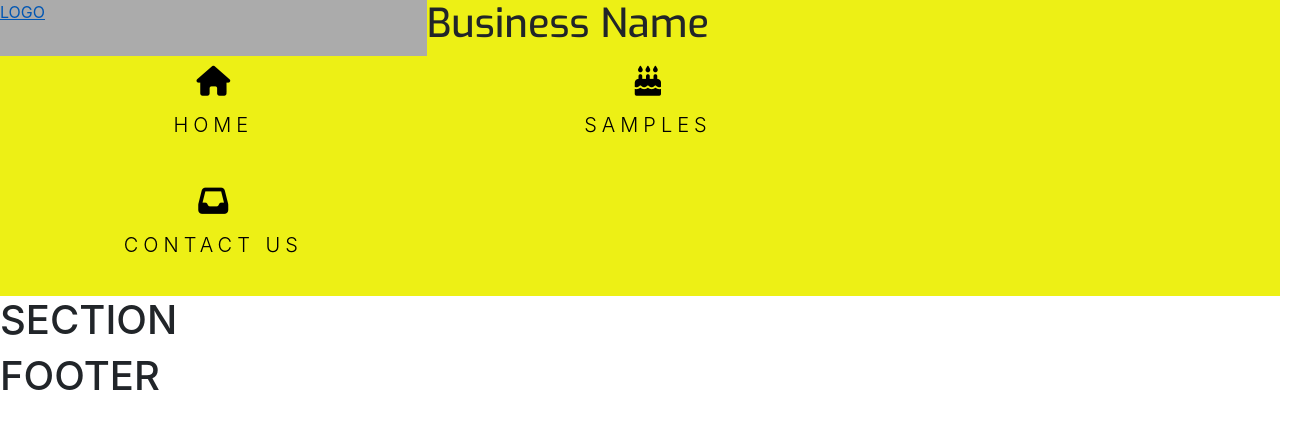
Repository: seanjcarley/Milestone1
Page: index.html
The author's editor kept a record of every edit. The page is drawn from the files as they stood at one moment, then again after the next edit.
The browser window is 1280 px wide. The page is 1295 px wide, so the pictures cover 1295 px, including what lies to the right of the window. The pictures show the whole page.
Some web libraries are served in a nearby version.

Above is the page before.

### index.html
<!DOCTYPE html>
<html lang="en">

<head>
    <meta charset="UTF-8">
    <meta name="viewport" content="width=device-width, initial-scale=1.0">
    <meta http-equiv="X-UA-Compatible" content="ie=edge">
    <link rel="stylesheet" href="css/style.css" type="text/css" />
    <link rel="stylesheet" href="https://stackpath.bootstrapcdn.com/bootstrap/4.3.1/css/bootstrap.min.css">
    <script src="https://kit.fontawesome.com/d5901c0a36.js" crossorigin="anonymous"></script>
    <title>XXXXX Bakery and Novelty Cakes</title>
</head>

<body>
    <header>
        <div class="row no-gutters">
            <a href="#" class="col-md-4 logo">LOGO</a>
            <div class="col-md-8">
                <h1 class="name">Business Name</h1>
            </div>
        </div>
        <div class="row no-gutters">
            <div class="col">
                <ul id="nav" class="list-inline menucontainer">
                    <li class="col-sm-4 menu-item-color-home list-inline-item menuitem">
                        <a href="index.html">
                            <i class="fa fa-home" aria-hidden="true"></i>
                            <span>Home</span>
                        </a>
                    </li>
                    <li class="col-sm-4 menu-item-color-samples list-inline-item menuitem">
                        <a href="#">
                            <i class="fa fa-birthday-cake" aria-hidden="true"></i>
                            <span>Samples</span>
                        </a>
                    </li>
                    <li class="col-sm-4 menu-item-color-contact list-inline-item menuitem">
                        <a href="#">
                            <i class="fa fa-inbox" aria-hidden="true"></i>
                            <span>Contact Us</span>
                        </a>
                    </li>
                </ul>
            </div>
        </div>
    </header>
    <section>
        <div class="row">
            <div class="col"><h1>SECTION</h1></div>
        </div>
    </section>
    <footer>
        <div class="row">
            <div class="col"><h1>FOOTER</h1></div>

        </div>
    </footer>
</body>

</html>

### css/style.css
@import url('https://fonts.googleapis.com/css?family=Roboto:100,200,300,400,500,600,700|Exo:100,200,300,400,500,600,700');

/*----------------------------------------------------------------------------*/
/* Colours */
/*----------------------------------------------------------------------------*/



/*----------------------------------------------------------------------------*/
/* Header */
/*----------------------------------------------------------------------------*/

header {
    margin: 0;
    background-color: #edf015;
}

/*.list-inline-item:not(:last-child) {
    margin: 0;
}*/

.logo {
    background-color: #ababab;
}

.menucontainer {
    font-size: 0;
}

.menuitem {
    height: 120px;
    text-align: center;
    padding: 0;
}

.menuitem a {
    width:100%;
    text-decoration: none;
    color: #000;
    height: 120px;
}

.menuitem a i {
    padding-top: 10px;
    display: inline-block;
    color: #000;
    font-size: 30px
}

.menuitem span {
    display: inline-block;
    width: 100%;
    padding-top: 10px;
    text-align: center;
    text-transform: uppercase;
    font-size: 25;
    font-weight: 300;
    letter-spacing: 5px;
}

.name {
    font-family: "Exo", sans-serif;
}

#nav {
    margin: 0;
}

#nav li {
    font-size: 20px;
    padding: 0;
}

/*----------------------------------------------------------------------------*/
/* Section */
/*----------------------------------------------------------------------------*/

section {
    margin: 0;
}

/*----------------------------------------------------------------------------*/
/* Footer */
/*----------------------------------------------------------------------------*/

footer {
    margin: 0;

}

/*----------------------------------------------------------------------------*/
/* Media Queries */
/*----------------------------------------------------------------------------*/

After the next edit:
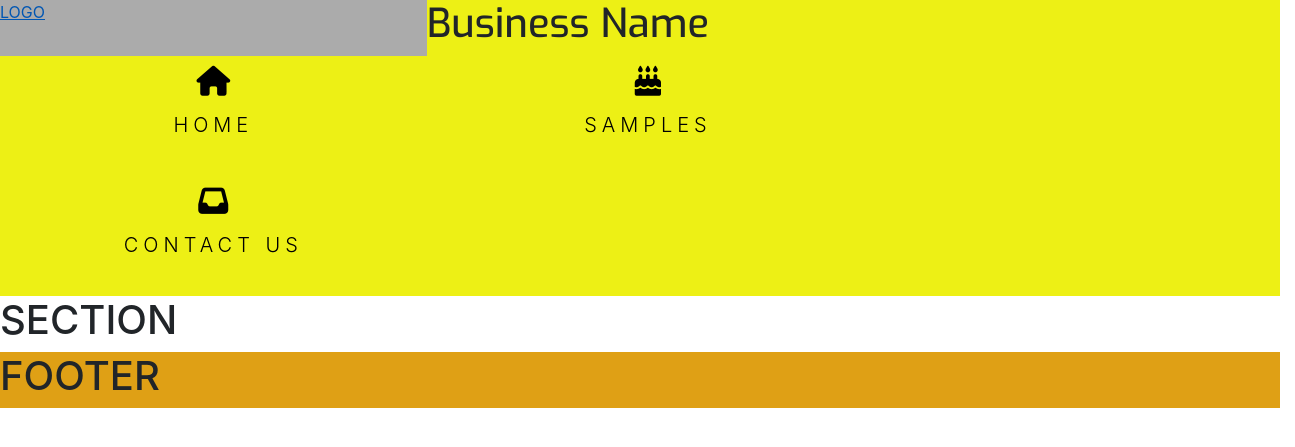
The edit:
--- a/css/style.css
+++ b/css/style.css
@@ -85,7 +85,7 @@
 
 footer {
     margin: 0;
-
+    background-color: #dfa015;
 }
 
 /*----------------------------------------------------------------------------*/
